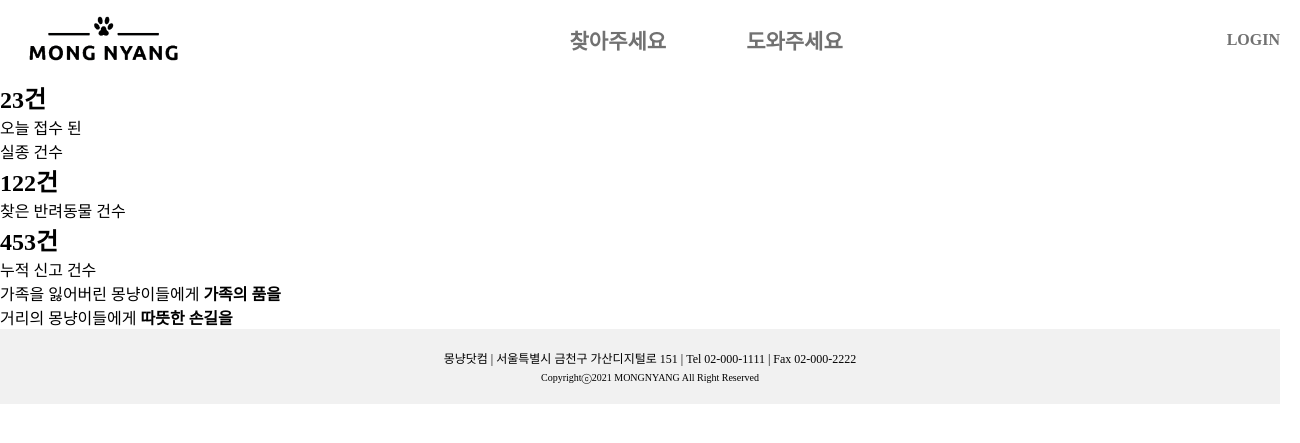
Repository: yl9517/2021.08.10_MONGNYANG_JSP
Page: http://localhost/mongNyang/main.jsp
The author's editor kept a copy of each file at every save. The page is drawn from the files as they stood at one save, then again after the next save.
The browser window is 1280 px wide. The page is 1300 px wide, so the pictures cover 1300 px, including what lies to the right of the window. The pictures show the whole page.
The page is served by Tomcat 9.

Above is the page before, as saved 2021-08-13 15:12:29.

After the next save:
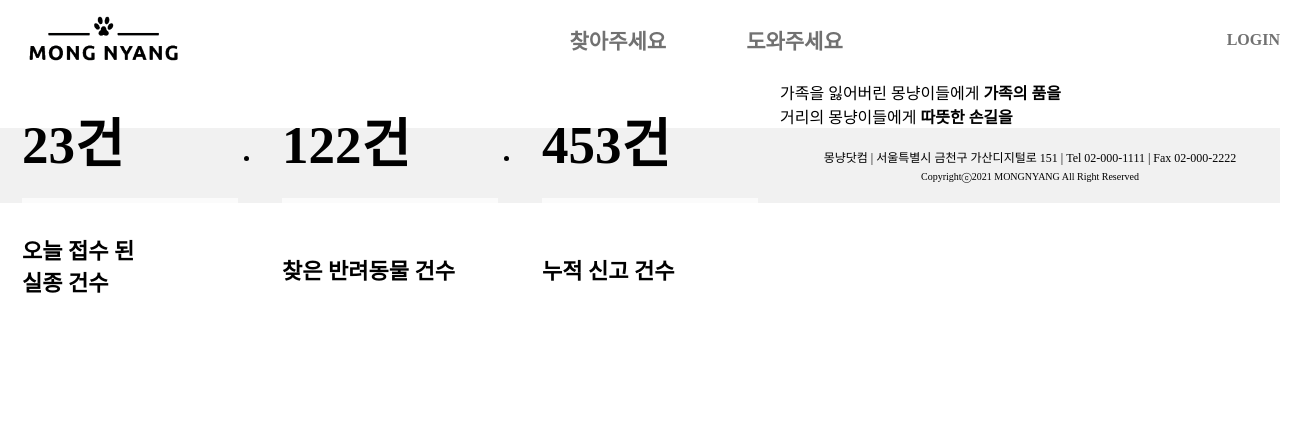
Saved 6 min 14 s later.
--- a/mongNyang/WebContent/main.jsp
+++ b/mongNyang/WebContent/main.jsp
@@ -13,20 +13,20 @@
 
 	<div id="main_wrap">
 		<div id="main_img">
-			<div id="chart">
-				<div class="data">
+			<ul id="data">
+				<li>
 					<h2>23건</h2>
 					<p>오늘 접수 된 <br> 실종 건수</p>
-				</div>
-				<div class="data">
+				</li>
+				<li>
 					<h2>122건</h2>
 					<p>찾은 반려동물 건수</p>
-				</div>
-				<div class="data">
+				</li>
+				<li>
 					<h2>453건</h2>
 					<p>누적 신고 건수</p>
-				</div>
-			</div>
+				</li>
+			</ul>
 			<p class="msg">
 				가족을 잃어버린 몽냥이들에게 <b>가족의 품을</b> <br>
 				거리의 몽냥이들에게 <b>따뜻한 손길을</b>
